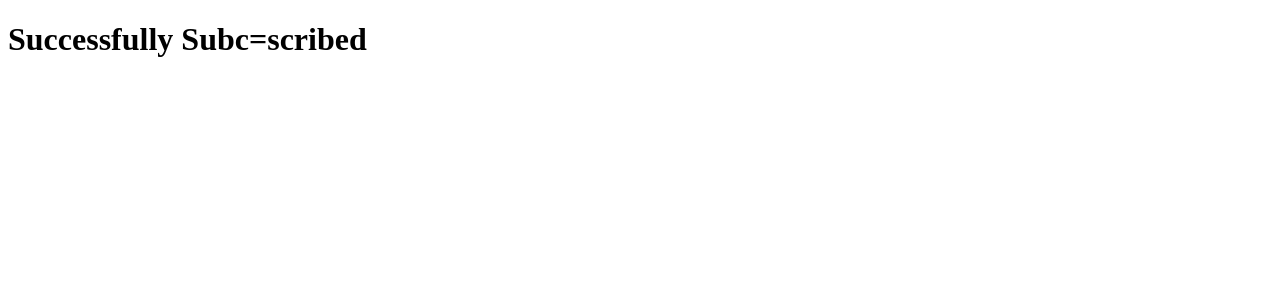
Repository: thecoachanna/newsletter-signup
Page: success.html
An editor plug-in stored every save of this project. The page is shown before and after the next save, followed by the edit.
The browser window is 1280 px wide. The pictures show the whole page.

Above is the page before, as saved 2023-05-05 09:16:46.

After the next save:
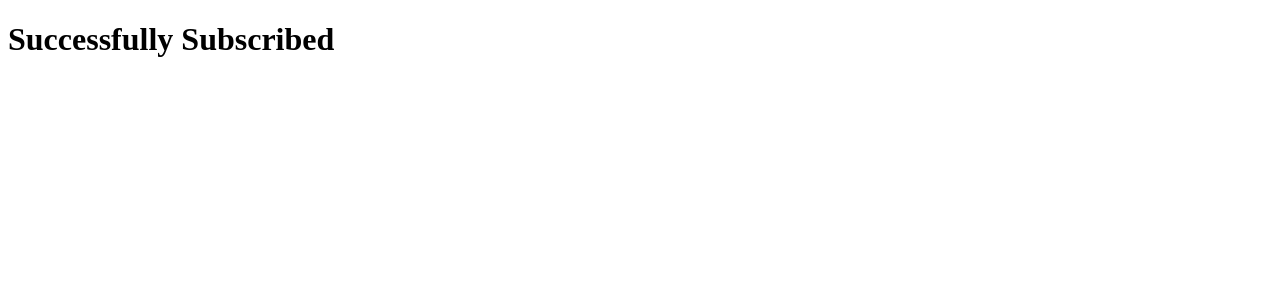
Saved 10 s later.
--- a/success.html
+++ b/success.html
@@ -7,6 +7,6 @@
     <title>Document</title>
 </head>
 <body>
-    <h1>Successfully Subc=scribed</h1>
+    <h1>Successfully Subscribed</h1>
 </body>
 </html>
